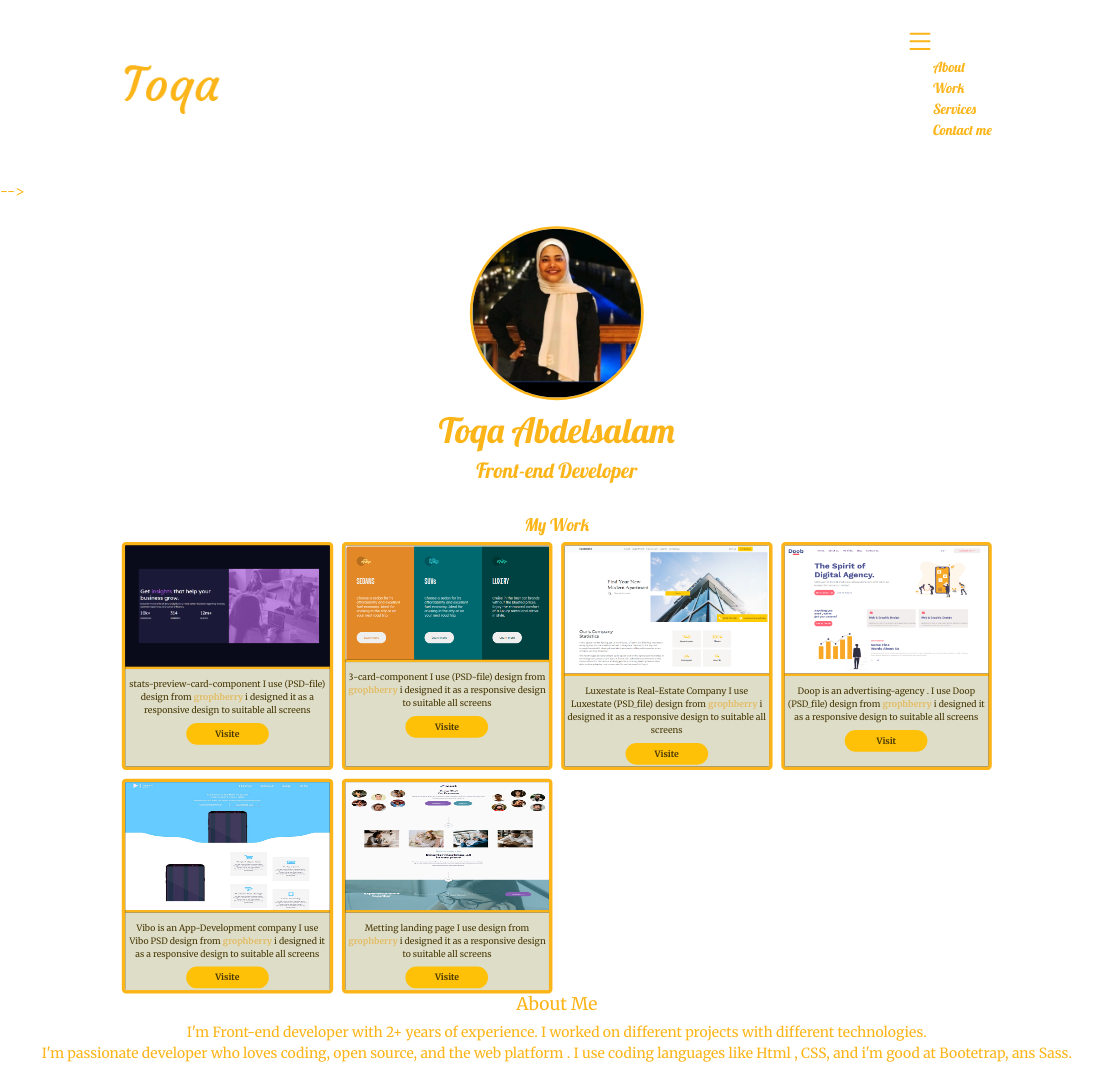
Repository: Toqa-25/portfolio
Page: index.html
An editor plug-in stored every save of this project. The page is shown before and after the next save, followed by the edit.
The browser window is 1280 px wide. The pictures show the whole page, at 87% of full size.
Some web fonts or font styles are not loaded; a fallback is used.

Above is the page before, as saved 2021-10-31 16:21:55.

After the next save:
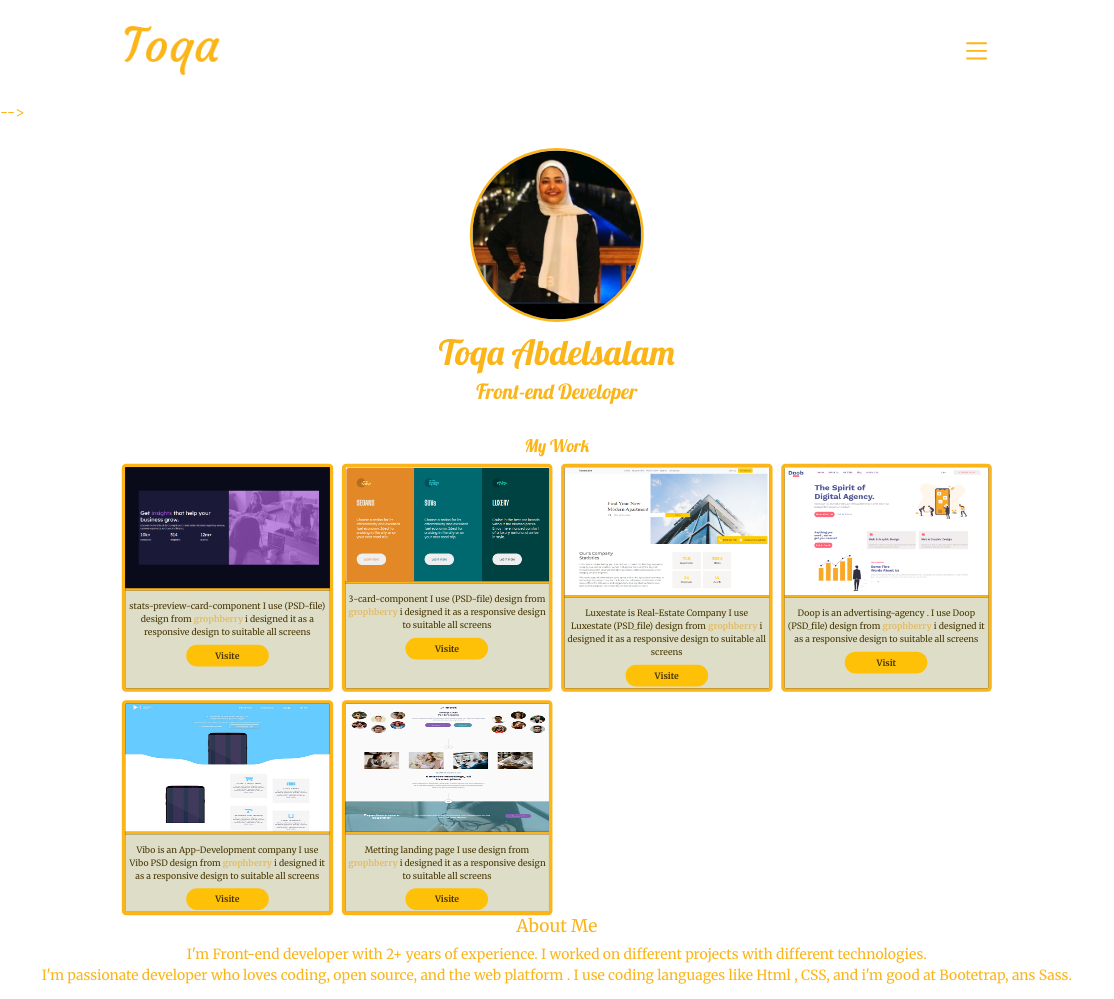
Saved 8 s later.
--- a/css/style.css
+++ b/css/style.css
@@ -86,7 +86,7 @@
  }
 /* media quary for header*/
  @media (min-width: 767px){
-  nav .list {
+   .list {
       display: none;
   }
   /* div{

After the save that followed:
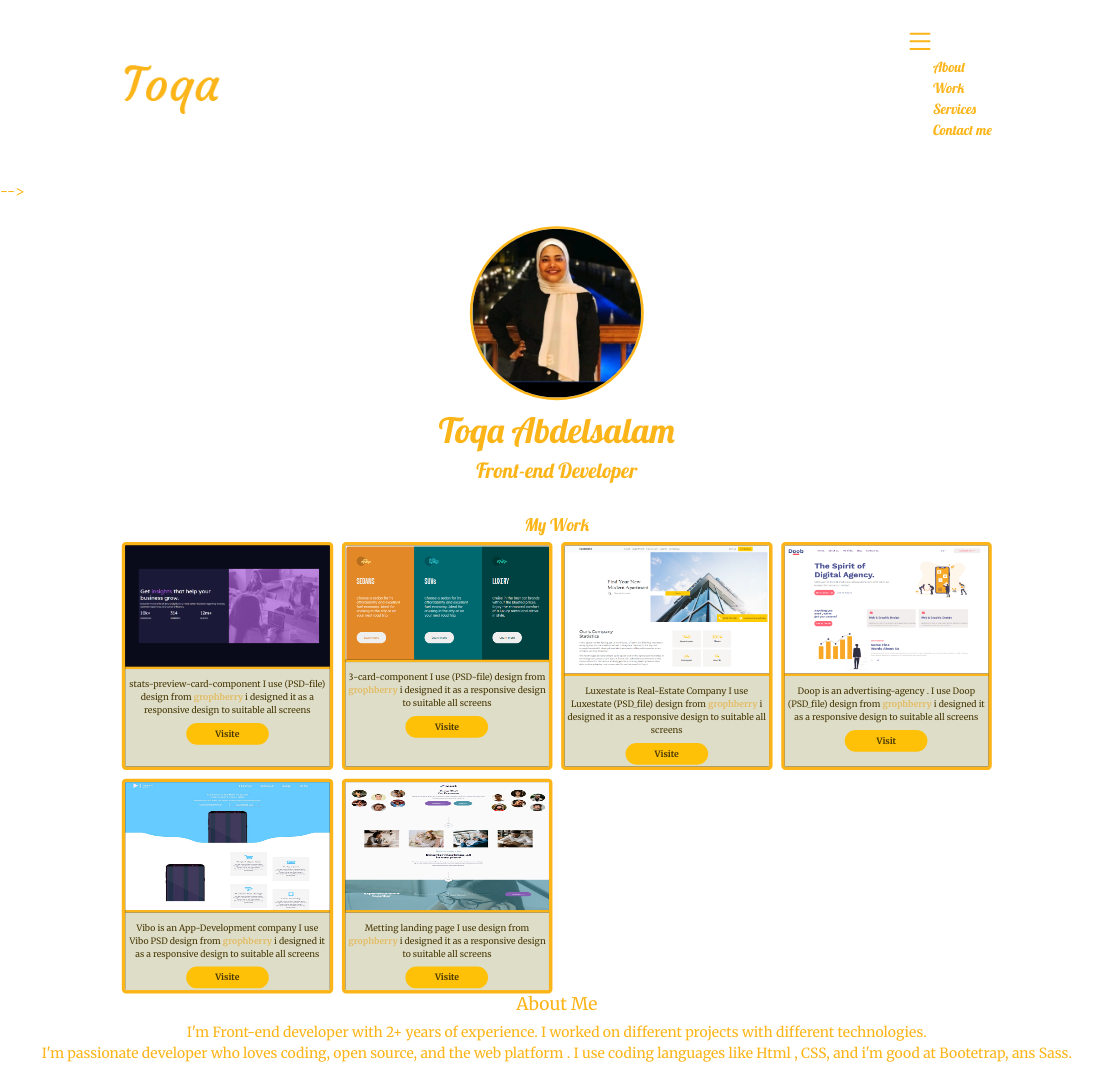
Saved 19 s later.
--- a/css/style.css
+++ b/css/style.css
@@ -86,9 +86,9 @@
  }
 /* media quary for header*/
  @media (min-width: 767px){
-   .list {
+   /* .list {
       display: none;
-  }
+  } */
   /* div{
       display: block;
       padding: 15px;
